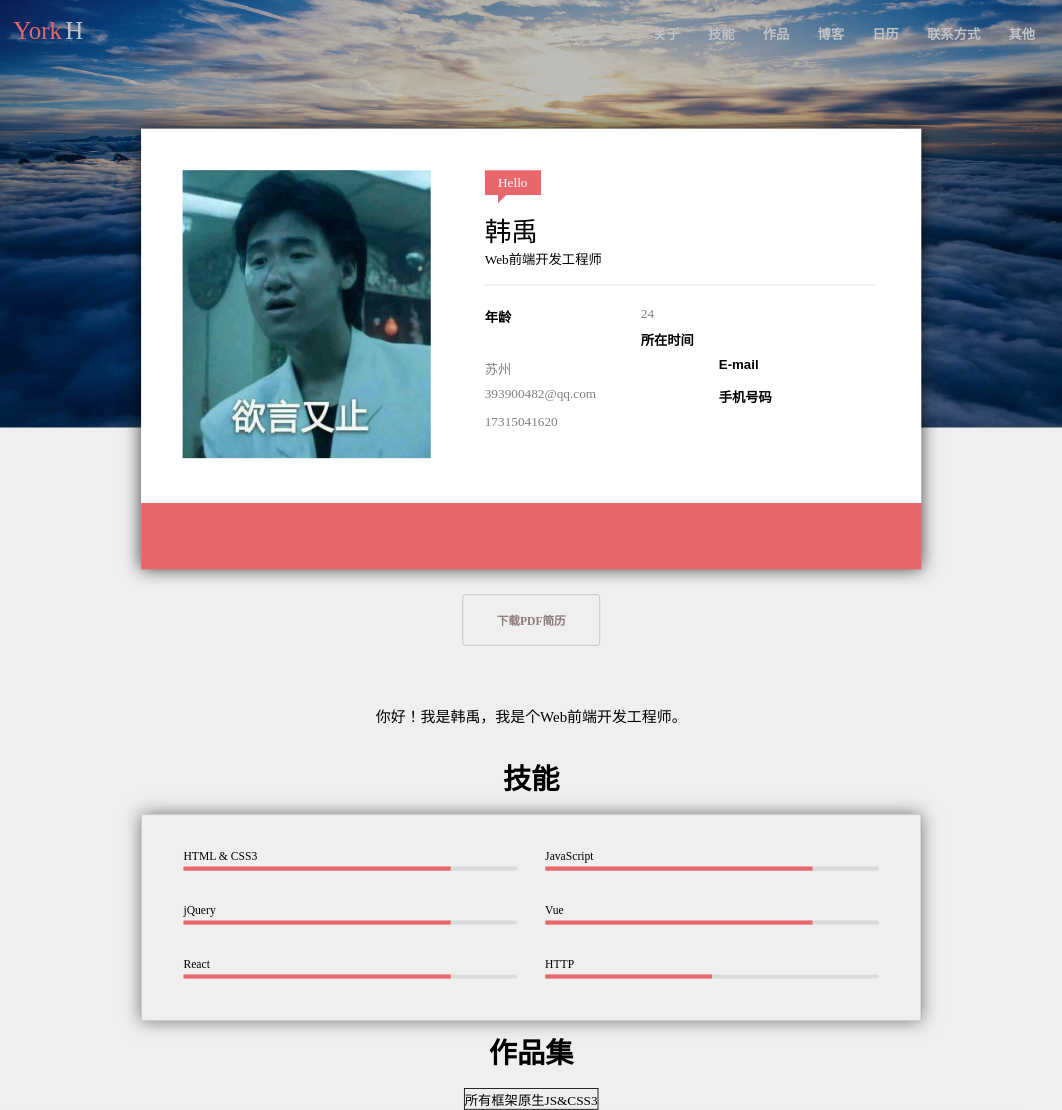
Repository: yorkHan/resume
Page: index.html
An editor plug-in stored every save of this project. The page is shown before and after a run of saves, followed by the edit.
The browser window is 1280 px wide. The pictures show the whole page, at 83% of full size.

Above is the page before, as saved 2018-04-10 13:24:36.

### index.html
<!DOCTYPE html>
<html lang="en">
<head>
    <meta charset="UTF-8">
    <meta name="viewport" content="width=device-width, initial-scale=1.0">
    <meta http-equiv="X-UA-Compatible" content="ie=edge">
    <title>Document</title>
    <link rel="stylesheet" href="./1.css">
    <script src="//at.alicdn.com/t/font_621912_9r2kl0u76xzb0529.js"></script>
    <style type="text/css">
        .icon {
           width: 1em; height: 1em;
           vertical-align: -0.15em;
           fill: currentColor;
           overflow: hidden;
        }
    </style>
</head>
<body>
    <div class="topNavBar clearfix">
        <div class="topNavBar-inner clearfix">
            <a class="logo" href="#" alt="logo" style="float:left;">
                <span class="rs">York</span><span class="card">H</span>
            </a>
            <nav>
                <ul class="clearfix" style="float: right;">
                    <li><a href="#">关于</a></li>
                    <li><a href="#">技能</a></li>
                    <li><a href="#">作品</a></li>
                    <li><a href="#">博客</a></li>
                    <li><a href="#">日历</a></li>
                    <li><a href="#">联系方式</a></li>
                    <li><a href="#">其他</a></li>
                </ul>
            </nav>
        </div>
    </div>
    <div class="banner" style="background-image: url(./images/3.jpg)">
        <div class="mask"></div>
    </div>
    <main>
        <div class="usercard">
            <div class="textAndPicture clearfix">
                <div class="pic">
                    <img src="./images/avatar.png" style="width:299px;height:347px" alt="头像">
                </div>
                <div class="text">
                    <div class="profile">
                    <span class="welcome">Hello
                        <span class="triangle"></span>
                    </span>
                    <h1>韩禹</h1>
                    <p>Web前端开发工程师</p>
                    <hr>
                    <dl>
                        <dt>年龄</dt>
                        <dd>24</dd>
                        <dt>所在时间</dt>
                        <dd>苏州</dd>
                        <dt>E-mail</dt>
                        <dd>393900482@qq.com</dd>
                        <dt>手机号码</dt>
                        <dd>17315041620</dd>
                    </dl>
                </div>
                </div>
            </div>
            <footer class="media">
                <a href="#">
                    <svg class="icon" aria-hidden="true">
                        <use xlink:href="#icon-github"></use>
                    </svg>
                </a>
                <a href="#">
                    <svg class="icon" aria-hidden="true">
                        <use xlink:href="#icon-dianhua"></use>
                    </svg>
                </a>
                <a href="#">
                    <svg class="icon" aria-hidden="true">
                        <use xlink:href="#icon-youjian"></use>
                    </svg>
                </a>
                <a href="#">
                    <svg class="icon" aria-hidden="true">
                        <use xlink:href="#icon-hexo"></use>
                    </svg>
                </a>
                <a href="#">
                    <svg class="icon" aria-hidden="true">
                        <use xlink:href="#icon-msnui-logo-qq"></use>
                     </svg>
                </a>
                <a href="#">
                    <svg class="icon" aria-hidden="true">
                        <use xlink:href="#icon-gongzhonghao"></use>
                    </svg>
                </a>
                <a href="#">
                    <svg class="icon" aria-hidden="true">
                        <use xlink:href="#icon-weibo"></use>
                    </svg>
                </a>
            </footer>
        </div>
        <p style="text-align: center;">
            <a class="downloadResume" href="./resume.pdf" target="_blank" download>下载PDF简历</a>
        </p>
        <p class="selfIntroduction">
            你好！我是韩禹，我是个Web前端开发工程师。
        </p>
    </main>
    <section class="skills">
        <h2>技能</h2>
        <ol class="clearfix">
            <li>
                <h3>HTML &amp; CSS3</h3>
                <div class="progressBar">
                    <div class="progress" style="width:80%">
                    </div>
                </div>
            </li>
            <li>
                <h3>JavaScript</h3>
                <div class="progressBar">
                        <div class="progress" style="width:80%">
                        </div>
                    </div>
            </li>
            <li>
                <h3>jQuery</h3>
                <div class="progressBar">
                    <div class="progress"style="width:80%">
                    </div>
                </div>
            </li>
            <li>
                <h3> Vue</h3>
                <div class="progressBar">
                    <div class="progress" style="width:80%">
                    </div>
                </div>
            </li>
            <li>
                <h3>React</h3>
                <div class="progressBar">
                    <div class="progress"style="width:80%">
                    </div>
                </div>
            </li>
            <li>
                <h3> HTTP</h3>
                <div class="progressBar">
                    <div class="progress"style="width:50%">
                    </div>
                </div>
            </li>
        </ol>
    </section>
    <section  class="portfolio">
        <h2>作品集</h2>
        <nav>
            <ol class="clearfix">
                <li>所有</li>
                <li>框架</li>
                <li>原生JS&amp;CSS3</li>
            </ol>
        </nav>
        <div class="jobs">
            <div class="big"></div>
            <div class='small'></div>
            <div class="small"></div>
        </div>
    </section>
</body>
</html>

### 1.css
body{
    background-color: #EFEFEF;
    margin: 0;
}
*{
    margin: 0;
    padding: 0;
}
h1,h2,h3,h4,h5,h6{
    font-weight: normal;
}
a{
    color: inherit;
    text-decoration: none;
}
.clearfix::after{
    content: '';
    display: block;
    clear: both;
}
.topNavBar{
    padding: 20px 0px 20px 0px;
    position: fixed;
    top:0;
    left:0;
    width:100%;
}
.topNavBar-inner{
    padding: 0 16px;
}
.topNavBar nav>ul{
    list-style: none;
    margin: 0;
    padding: 0;
}
.topNavBar nav>ul>li{
    float: left;

}
.topNavBar nav>ul>li>a{
    display: block;
    font-size: 16px;
    font-weight: bold;
    color:#c1c3c7;
    margin-left: 17px;
    margin-right: 17px;
    padding-top: 5px;
    padding-bottom: 5px;
    border-top:3px solid transparent;
    border-bottom:3px solid transparent;
}
.topNavBar nav>ul>li>a:hover{
    border-bottom:3px solid #E8676B;
}
.topNavBar .logo{
    font-family: "Arial Rounded MT Bold";
    font-size: 30px;
}
.topNavBar .logo .rs{
    margin-right: 4px;
    color:#E8676B;
}
.topNavBar .logo .card {
    color:#c1c3c7;
}
.banner{
    height: 515px;
    background-position: center center;
    background-size:cover;
}
.banner .mask{
    height: 515px;
    background-color: rgba(0, 0, 0, 0.26);
}
.usercard{
    max-width: 940px;
    margin-left: auto;
    margin-right: auto;
    margin-top: -360px;
    box-shadow: 0px 0px 20px 0px rgba(0,0,0,0.75);
}
.text .welcome{
    padding: 4px 16px;
    line-height: 22px;
    display: inline-block;
    background-color: #E8676B;
    color: white;
    position: relative;
}
.text h1{
    margin-top:18px;
    font-family: sans-serif;
}
hr{
    height: 0;
    border:none;
    border-top: 1px solid #DEDEDE;
}

.triangle{
    display: block;
    border: 10px solid transparent;
    width: 0;
    border-left-color:#E8676B;
    border-top:0;
    position: absolute;
    top:100%;
}
.usercard .pic{
    float: left;
}
.usercard .text{
    float: left;
    margin-left: 65px;
    width: 470px;
}
.usercard .text hr{
    margin: 20px 0px;
}
.usercard footer.media {
    background: #E8676B;
    padding: 20px;
    text-align: center;
}
.usercard footer.media>a {
    display: inline-block;
    border-radius: 50%;
    width: 40px;
    line-height: 20px;
    padding: 10px 0;
    margin: 0 20px;
}
.usercard footer.media>a:hover{
    background: rgb(223, 51, 56);
}
.usercard svg{
    width: 20px;
    height: 20px;
    fill: white;
    vertical-align: top;
}
.textAndPicture{
    background-color: #FFF;
    padding: 50px;
}
.usercard dl dt{
    float: left;
    width: 40%;
    padding: 5px 0;
    font-weight: bold;
    font-family: sans-serif;
}
.usercard dl dd{
    float: left;
    width: 60%;
    padding: 5px 0;
    color: gray;
}
body>main .downloadResume{
    display: inline-block;
    border: 1px solid rgba(128, 128, 128, 0.438);
    padding: 20px 40px;
    margin: 30px 0;
    border-radius: 3px;
    color: rgba(71, 37, 37, 0.575);
    font-size: 14px;
    font-weight: bold;
    transition: box-shadow 0.2s;
}
body>main .downloadResume:hover{
    box-shadow: 0px 5px 10px -1px rgba(0,0,0,0.5);}
.selfIntroduction{
    max-width: 940px;
    margin: 40px auto;
    text-align: center;
    font-family: WenQuanYi Micro Hei Mono;
    line-height: 1.8;
    font-size: 18px;
}
section.skills{
    max-width: 940px;
    margin-left: auto;
    margin-right: auto;
}
section.portfolio>h2,
section.skills>h2{
    font-size:34px;
    line-height: 1.2;
    font-weight:600;
    text-align: center;
    margin: 20px 0px;
}
section.skills h3{
    font-size: 14px;
}
section.skills>ol{
    box-shadow: 0px 0px 20px 0px rgba(0, 0, 0, 0.514);
    list-style: none;
    border: 1px solid rgba(128, 128, 128, 0.397);
    padding: 42px 50px 10px 50px;
}
section.skills>ol>li{
    float: left;
    width: 48%;
    box-sizing: border-box;
}
section.skills>ol>li:nth-child(even){
    float: right;
}
section.skills .progressBar{
    height: 5px;
    background-color: rgba(128, 128, 128, 0.192);
    border-radius: 3px;
    margin: 4px 0 40px 0;
}
section.skills .progressBar .progress{
    height: 100%;
    width: 50%;
    background-color: #E8676B;
}
section.portfolio{
    max-width: 940px;
    margin-left: auto;
    margin-right: auto;

}
section.portfolio ol>li{
    float: left;
    margin-right: 50px;
}
section.portfolio ol>li{
    margin-right: 0px;
}
section.portfolio>nav{
    text-align: center;
}
section.portfolio ol{
    display: inline-block;
    vertical-align: top;
    border: 1px solid black;
    list-style: none;
}

After the next 2 saves:
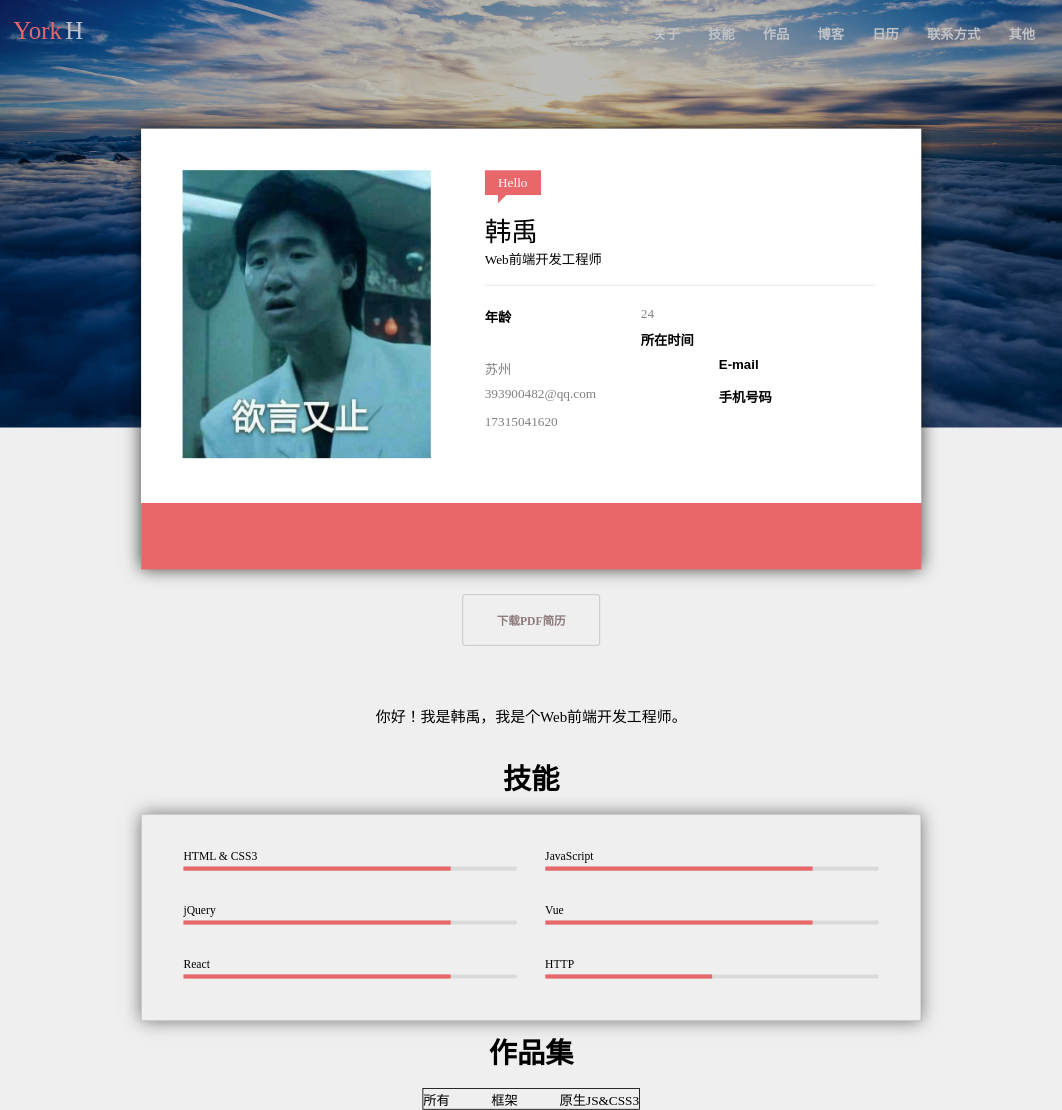
The 2 saves are shown as one change because they came seconds apart.
The last was saved 7 s later.
--- a/1.css
+++ b/1.css
@@ -228,7 +228,7 @@ section.portfolio ol>li{
     float: left;
     margin-right: 50px;
 }
-section.portfolio ol>li{
+section.portfolio ol>li:last-child{
     margin-right: 0px;
 }
 section.portfolio>nav{
